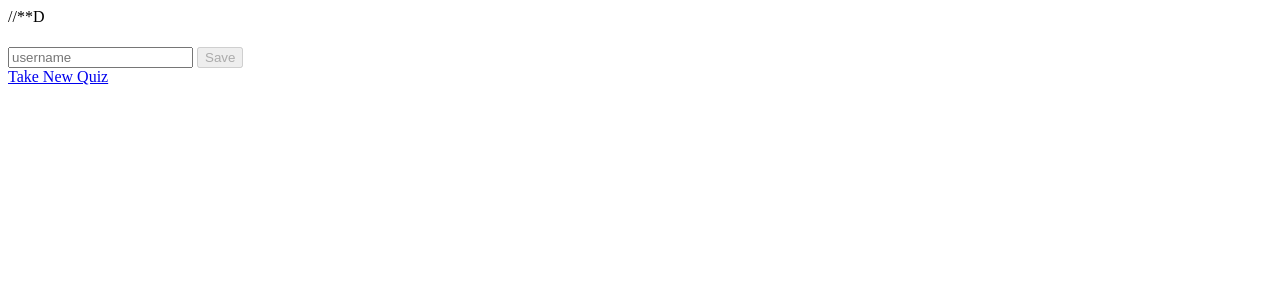
Repository: Q1ngQode/Briana-s-Quiz-App
Page: index.html
The author's editor kept a copy of each file at every save. The page is drawn from the files as they stood at one save, then again after the next save.
The browser window is 1280 px wide. The pictures show the whole page.

Above is the page before, as saved 2022-08-08 23:49:22.
Console error: SyntaxError: Unexpected token '<'

After the next save:
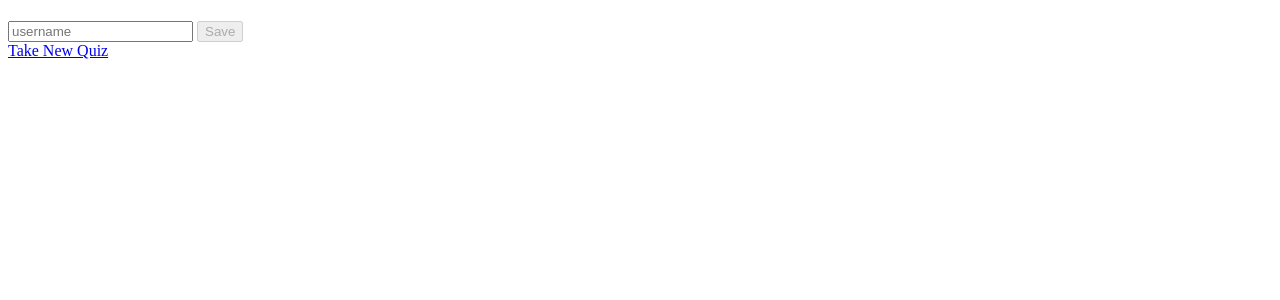
Saved 6 s later.
--- a/index.html
+++ b/index.html
@@ -6,7 +6,7 @@
     <meta name="viewport" content="width=device-width, initial-scale=1.0">
     <title>Study Quiz</title>
     <link rel="stylesheet" href="app.css"/>
-    //**D
+
     <html lang="en">
   <head>
     <meta charset="UTF-8" />
